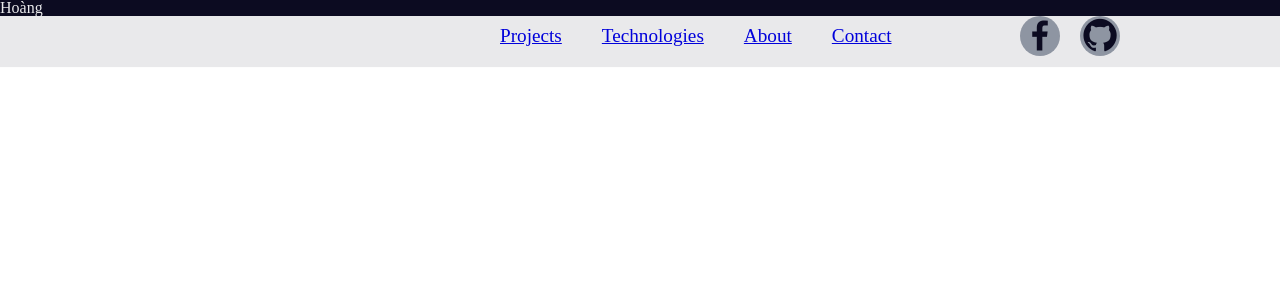
Repository: luanhoang0902/profile-react
Page: /Technologies
The author's editor kept a copy of each file at every save. The page is drawn from the files as they stood at one save, then again after the next save.
The browser window is 1280 px wide. The pictures show the whole page.
The project was rebuilt for these pictures with package versions that can differ from the ones it lists, and the page was loaded fresh each time. Also part of the build but not shown: src/css/Projects.css, src/features/Projects.jsx, src/features/About.jsx, src/features/Contact.jsx.

Above is the page before, as saved 2022-05-21 12:35:21.

After the next save:
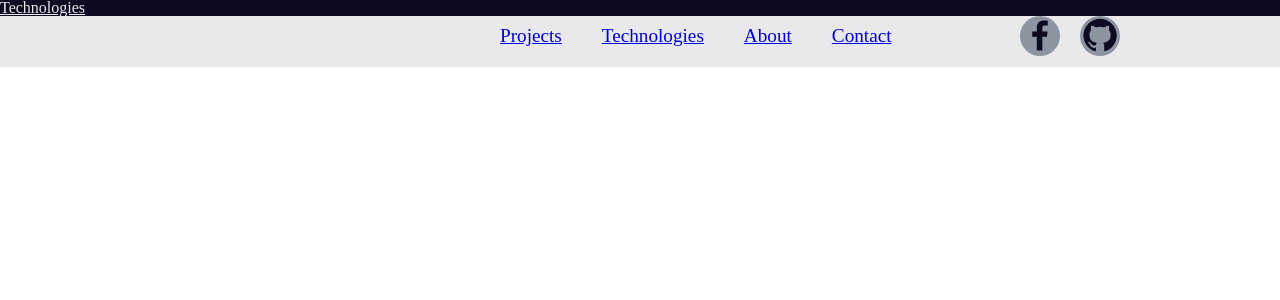
Saved 3 min 23 s later.
--- a/src/features/Technologies.jsx
+++ b/src/features/Technologies.jsx
@@ -7,8 +7,8 @@ Technologies.propTypes = {
 
 function Technologies(props) {
     return (
-        <div className = 'technologies'>
-            Hoàng
+        <div className = 'technologies  '>
+            <u>Technologies</u>
         </div>
     );
 }
